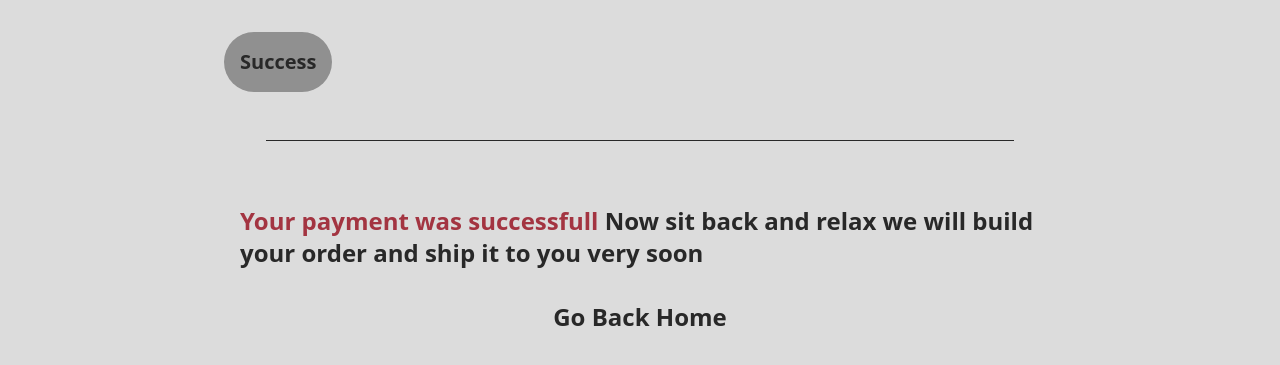
Repository: punitbathija/power-pedal
Page: /success
These files come from the project's save history. The page is drawn as it stood at one moment and after the next save; the edit follows.
The browser window is 1280 px wide. The pictures show the whole page.
The project was rebuilt for these pictures with package versions that can differ from the ones it lists, and the page was loaded fresh each time. The framework's server and built-in components were replaced by stand-ins that run in the browser. Also part of the build but not shown: next.config.js.

Above is the page before, as saved 2023-03-08 14:01:38.

After the next save:
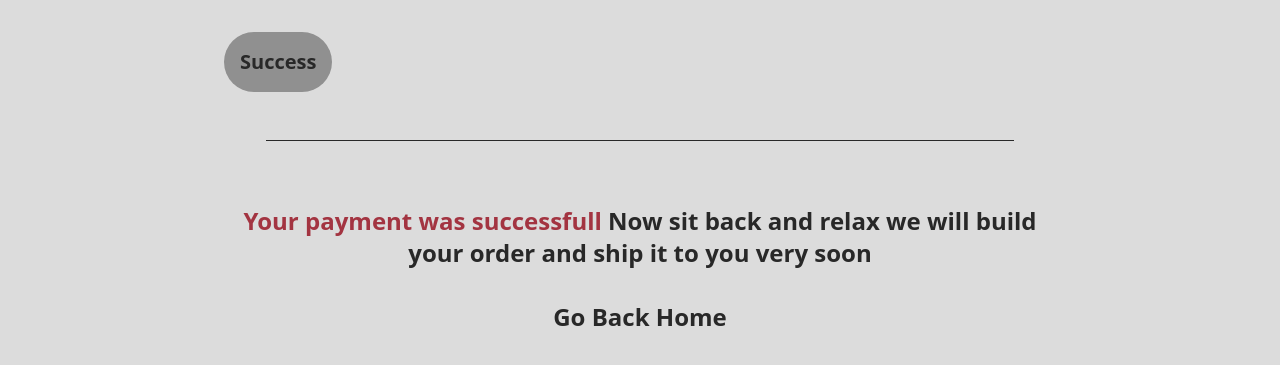
Saved 16 s later.
--- a/src/app/success/page.js
+++ b/src/app/success/page.js
@@ -3,7 +3,7 @@ import React from "react";
 
 function paymentsuccess() {
   return (
-    <div className="py-8 lg:mx-56 mx-2 bg-goodwhite text-goodblack">
+    <div className="text-center py-8 lg:mx-56 mx-2 bg-goodwhite text-goodblack">
       <p className="font-semibold lg:text-xl p-4 bg-offwhite w-fit rounded-full">
         Success
       </p>
